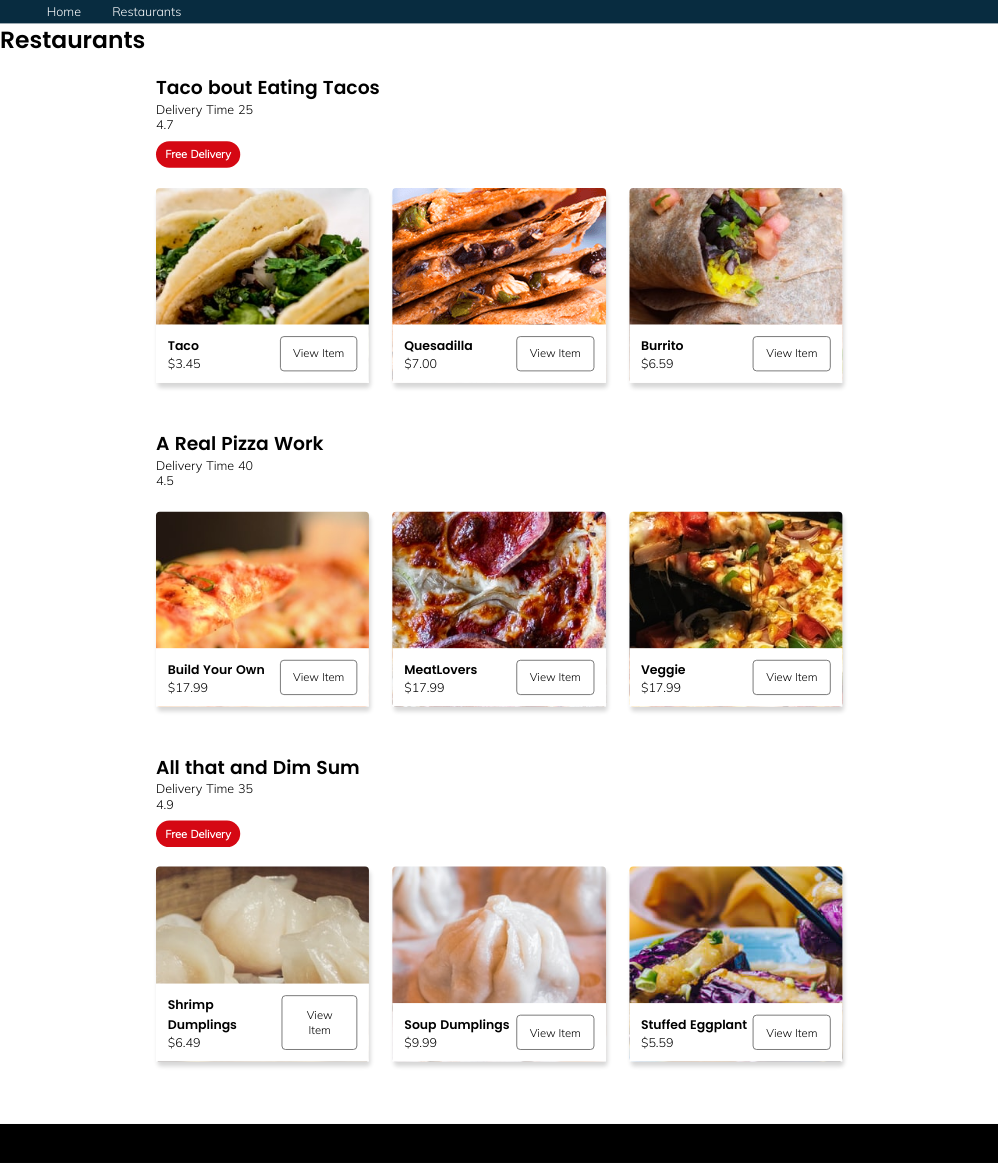
Repository: duckhai80/Supergreen
Page: /restaurants
The author's editor kept a copy of each file at every save. The page is drawn from the files as they stood at one save, then again after the next save.
The browser window is 1280 px wide. The pictures show the whole page, at 78% of full size.
The project was rebuilt for these pictures with package versions that can differ from the ones it lists, and the page was loaded fresh each time. The framework's server and built-in components were replaced by stand-ins that run in the browser. Also part of the build but not shown: nuxt.config.js, components/AppHeader.vue.

Above is the page before, as saved 2021-03-30 18:13:13.

### assets/main.scss
body,
button,
input,
select,
textarea {
  font-family: "Mulish", -apple-system, BlinkMacSystemFont, "Segoe UI", Roboto,
    "Helvetica Neue", Arial, sans-serif;
}

// sticky footer
.content {
  min-height: calc(100vh - 50px);
}

footer {
  height: 50px;
}

// nav

nav {
  padding: 5px 60px;
  background: #082c40;
  color: white;
  position: relative;
  align-items: center;
  display: flex;
  justify-content: space-between;

  a {
    color: white;
    text-decoration: none;
  }

  ul {
    display: flex;
    align-items: center;
    list-style: none;
    padding: 0;

    li {
      padding-right: 40px;
    }
  }
}

// page layout

.row {
  margin: 30px 0 60px;
  width: 100%;
  display: grid;
  grid-template-columns: repeat(3, 1fr);
  grid-template-rows: 1fr;
  grid-column-gap: 30px;
  grid-row-gap: 0px;
}

// buttons

button {
  background: #098191;
  transition: background ease 0.25s;
  border-radius: 5px;
  display: inline-block;
  border: none;
  padding: 0.75rem 1.5rem;
  margin: 0;
  text-decoration: none;
  color: #ffffff;
  font-size: 1.2rem;
  cursor: pointer;
  text-align: center;
  -webkit-appearance: none;
  -moz-appearance: none;
}

button:hover {
  background: #63b6b8;
}

button:focus {
  outline: 1px solid #fff;
  outline-offset: -4px;
}

.ghost {
  font-size: 0.9rem;
  padding: 0.5rem 1rem;
  background: white;
  border: 1px solid #555;
  color: black;
}

.ghost:hover {
  background: #eee;
}

.primary {
  font-size: 0.9rem;
  padding: 0.5rem 1rem;
}

// form elements

input[type="number"] {
  width: 50px;
  margin-right: 10px;
}

.quantity {
  display: flex;
  margin: 20px 0 40px;
}

fieldset {
  margin: 20px 0;
  border: 1px solid #ddd;
}

.label {
  margin: 15px 0;
  line-height: 1.6;

  span {
    font-size: 14px;
    padding: 8px 12px;
    border-radius: 1000px;
    background: #d50813;
    color: white;
    font-weight: bold;
  }
}

select {
  padding: 3px;
}

footer {
  background: black;
  width: 100%;
  padding: 10px 30px;
  color: white;
  text-align: center;

  a,
  a:visited,
  a:active {
    color: #c4c3ec;
    font-weight: bold;
  }
}

// table styles

table {
  border: 1px solid #ccc;
  border-collapse: collapse;
  margin: 40px 0;
  padding: 0;
  width: 100%;
  table-layout: fixed;
  border-radius: 5px;
}

table caption {
  font-size: 1.5em;
  margin: 0.5em 0 0.75em;
}

table tr {
  background-color: #f8f8f8;
  border: 1px solid #ddd;
  padding: 0.35em;
}

table th,
table td {
  padding: 0.625em;
  text-align: center;
}

table th {
  font-size: 0.85em;
  letter-spacing: 0.1em;
  text-transform: uppercase;
}

@media screen and (max-width: 600px) {
  table {
    border: 0;
  }

  table caption {
    font-size: 1.3em;
  }

  table thead {
    border: none;
    clip: rect(0 0 0 0);
    height: 1px;
    margin: -1px;
    overflow: hidden;
    padding: 0;
    position: absolute;
    width: 1px;
  }

  table tr {
    border-bottom: 3px solid #ddd;
    display: block;
    margin-bottom: 0.625em;
  }

  table td {
    border-bottom: 1px solid #ddd;
    display: block;
    font-size: 0.8em;
    text-align: right;
  }

  table td::before {
    /*
    * aria-label has no advantage, it won't be read inside a table
    content: attr(aria-label);
    */
    content: attr(data-label);
    float: left;
    font-weight: bold;
    text-transform: uppercase;
  }

  table td:last-child {
    border-bottom: 0;
  }
}

// comma separated lists

.comma:not(:first-child) {
  margin-left: -0.15rem;
}

.comma:empty {
  display: none;
}

.comma:not(:first-child):before {
  content: ", ";
  margin: 0.15rem;
}

// numerical styles

.smallnum {
  position: absolute;
  border-radius: 1000px;
  background: white;
  color: black;
  top: 9px;
  right: 33px;
  width: 25px;
  display: flex;
  text-align: center;
  justify-content: center;
  align-items: center;
  height: 25px;
  font-size: 10px;
  padding: 6px 10px;
  font-weight: bold;
}

// toast

.toast {
  background: #a8060e;
  color: white;
  border-radius: 3px;
  padding: 12px 24px;
  position: absolute;
  top: 0;
  right: 0;
  text-align: center;

  a {
    color: white;
    font-weight: bold;
    text-decoration: none;
  }
}

/* Page-specific styles */

.restaurant {
  .restaurantheading {
    margin: 100px 0 20px 200px;
    display: flex;
    align-items: center;
  }

  h1 {
    font-size: 30px;
    margin-right: 40px;
  }

  .filter {
    padding-right: 200px;
  }
}

// restaurant info

section.restaurantinfo {
  padding: 20px 200px;

  .items {
    height: 250px;
    border-radius: 5px;
    background-size: cover;
    position: relative;
    box-shadow: 2px 6px 6px 0 rgb(215, 215, 215);
  }

  .iteminfo {
    background: white;
    width: 100%;
    padding: 15px;
    position: absolute;
    bottom: 0;
    display: flex;
    justify-content: space-between;
  }
}

//cart page

.cart.container {
  padding: 100px;
  max-width: 1000px;
  margin: 0 auto;

  h2 {
    text-align: center;
  }

  .total {
    font-weight: bold;
  }

  .emptycart {
    text-align: center;
    line-height: 2;
  }
}

### components/AppMenu.vue
<template>
  <nav>
    <ul>
      <li><nuxt-link exact="" to="/">Home</nuxt-link></li>
      <li><nuxt-link to="/restaurants">Restaurants</nuxt-link></li>
    </ul>
  </nav>
</template>

<script>
  export default {

  }
</script>

<style lang="scss" scoped>

</style>

### components/AppRestaurantInfo.vue
<template>
  <section class="restaurantinfo">
    <div v-for="store in fooddata" :key="store.id">
      <h2>{{ store.name }}</h2>
      <p>Delivery Time {{ store.deliveryTime }}</p>
      <p>{{ store.rating }}</p>
      <p v-if="store.freeDelivery" class="label">
        <span>Free Delivery</span>
      </p>

      <div class="row">
        <div
          v-for="menuitem in store.menu"
          :key="menuitem.id"
          class="items"
          :style="`background: url(${menuitem.img}) no-repeat center center`"
        >
          <div class="iteminfo">
            <div>
              <h4>{{ menuitem.item }}</h4>
              <p>{{ priceFormatting(menuitem.price) }}</p>
            </div>
            <button class="ghost">View Item</button>
          </div>
        </div>
      </div>
    </div>
  </section>
</template>

<script>
import { mapState } from "vuex";

export default {
  computed: {
    ...mapState(["fooddata"])
  },
  methods: {
    priceFormatting(item) {
      return '$' + item.toFixed(2);
    }
  }
};
</script>

<style lang="scss" scoped></style>

### layouts/default.vue
<template>
  <div>
    <div class="content">
      <AppMenu />
      <Nuxt />
    </div>
    <Footer />
  </div>
</template>

<script>
import AppMenu from "@/components/AppMenu.vue";
import AppFooter from "@/components/AppFooter.vue";

export default {
  components: {
    AppMenu,
    AppFooter
  }
};
</script>

<style>
html {
  font-family: "Mulish", -apple-system, BlinkMacSystemFont, "Segoe UI", Roboto,
    "Helvetica Neue", Arial, sans-serif;
  font-weight: 300;
  font-size: 16px;
  word-spacing: 1px;
  -ms-text-size-adjust: 100%;
  -webkit-text-size-adjust: 100%;
  -moz-osx-font-smoothing: grayscale;
  -webkit-font-smoothing: antialiased;
  box-sizing: border-box;
}

*,
*::before,
*::after {
  box-sizing: border-box;
  margin: 0;
}

h1,
h2,
h3,
h4 {
  font-family: "Poppins", -apple-system, BlinkMacSystemFont, "Segoe UI", Roboto,
    "Helvetica Neue", Arial, sans-serif;
  font-weight: 600;
}
</style>

### store/index.js
export const state = () => ({
  fooddata: [{
    name: "Taco bout Eating Tacos",
    deliveryTime: 25,
    meal: ["lunch", "dinner"],
    rating: 4.7,
    freeDelivery: true,
    id: "f71400ed-26b1-43d0-940c-7cabd3546dc6",
    menu: [{
        item: "Taco",
        img: "taco-taco.jpg",
        price: 3.45,
        id: "e85dbacc-f721-44e6-af8c-eda2835e2e50",
        options: ["Al Pastor", "Carnitas", "Lengua", "Carne Asada", "Pollo"],
        addOns: ["none", "sour cream", "avocado", "pico de gallo", "queso"],
        description: "Soft tortilla, your choice of meat, onions, cilantro & salsa"
      },
      {
        item: "Quesadilla",
        img: "taco-quesadilla.png",
        price: 7.0,
        id: "e956a779-941f-41ef-874e-d5f6a6c6e0cb",
        options: ["Plain", "Carne Asada", "Pollo"],
        addOns: ["none", "sour cream", "guacamole", "pico de gallo"],
        description: "Flour tortilla, melted cheese & optional meat choice"
      },
      {
        item: "Burrito",
        img: "taco-burrito.jpg",
        price: 6.59,
        id: "ecd7c207-acd7-4b58-8685-894ba622949e",
        options: ["Al Pastor", "Carnitas", "Lengua", "Carne Asada", "Pollo"],
        addOns: ["none", "sour cream", "avocado", "pico de gallo", "queso"],
        description: "Any meat, rice, beans, onions, cilantro & salsa"
      }
    ]
  },
  {
    name: "A Real Pizza Work",
    deliveryTime: 40,
    meal: ["lunch", "dinner"],
    rating: 4.5,
    freeDelivery: false,
    id: "e1e569e5-7b75-42cf-8fc3-7638d6c940f8",
    menu: [{
        item: "Build Your Own",
        img: "pizza-plain.jpg",
        addOns: [
          "None",
          "Sausage",
          "Pepperoni",
          "Tomatoes",
          "Mushrooms",
          "Onion",
          "Green Pepper",
          "Extra Cheese"
        ],
        price: 17.99,
        id: "7644eba9-d6a8-466f-bd49-781bc005cfe5",
        description: "Design your own pizza"
      },
      {
        item: "MeatLovers",
        img: "pizza-meat.jpg",
        price: 17.99,
        addOns: [
          "None",
          "Sausage",
          "Pepperoni",
          "Tomatoes",
          "Mushrooms",
          "Onion",
          "Green Pepper",
          "Extra Cheese"
        ],
        id: "70ceec44-3ccb-4f92-b149-0ebe2c10704b",
        description: "A Carnivore’s delight. Pepperoni, Sausage, Salami & Canadian Bacon."
      },
      {
        item: "Veggie",
        img: "pizza-veggie.jpg",
        price: 17.99,
        addOns: [
          "None",
          "Sausage",
          "Pepperoni",
          "Tomatoes",
          "Mushrooms",
          "Onion",
          "Green Pepper",
          "Extra Cheese"
        ],
        id: "b27f4d8e-7235-42f9-b0a7-98e76a1afaf0",
        description: "Tomatoes, Olives, Garlic, Onions, Mushrooms & Bells."
      }
    ]
  },
  {
    name: "All that and Dim Sum",
    deliveryTime: 35,
    meal: ["breakfast", "lunch", "dinner"],
    rating: 4.9,
    freeDelivery: true,
    id: "1f9500d2-fd27-422e-acc6-48198d0de5c2",
    menu: [{
        item: "Shrimp Dumplings",
        img: "dimsum-shrimp.jpg",
        price: 6.49,
        addOns: [
          "None",
          "Steamed Sesame Ball",
          "Mango Pudding",
          "Sweet Tofu"
        ],
        id: "22672b93-2c65-4fd9-b151-683f7eb7df4a",
        description: "Whole shrimp in a translucent wrapper."
      },
      {
        item: "Soup Dumplings",
        img: "dimsum-soup.jpg",
        price: 9.99,
        addOns: [
          "None",
          "Steamed Sesame Ball",
          "Mango Pudding",
          "Sweet Tofu"
        ],
        id: "3a6da02c-2354-4eb8-af07-f9f2d26fa7c2",
        description: "Dumplings filled with pork, crab meat and broth."
      },
      {
        item: "Stuffed Eggplant",
        img: "dimsum-eggplant.jpg",
        price: 5.59,
        addOns: [
          "None",
          "Steamed Sesame Ball",
          "Mango Pudding",
          "Sweet Tofu"
        ],
        id: "cadd2903-b9cb-4053-9720-c096cc95e8a5",
        description: "Chinese eggplant filled with ground shrimp in sauce"
      }
    ]
  }
]
})

// export const getters = {
//   getterValue: state => {
//     return state.value
//   }
// }

// export const mutations = {
//   updateValue: (state, payload) => {
//     state.value = payload
//   }
// }

// export const actions = {
//   updateActionValue({ commit }) {
//     commit('updateValue', payload)
//   }
// }

### pages/restaurants.vue
<template>
  <div class="container restaurant">
    <h1>Restaurants</h1>
    <AppRestaurantInfo />
  </div>
</template>

<script>
export default {};
</script>

<style lang="scss" scoped></style>

### components/AppFooter.vue
<template>
  <footer>
    <p>Copyright information goes here.</p>
  </footer>
</template>

<script>
export default {};
</script>

<style lang="scss" scoped></style>

After the next save:
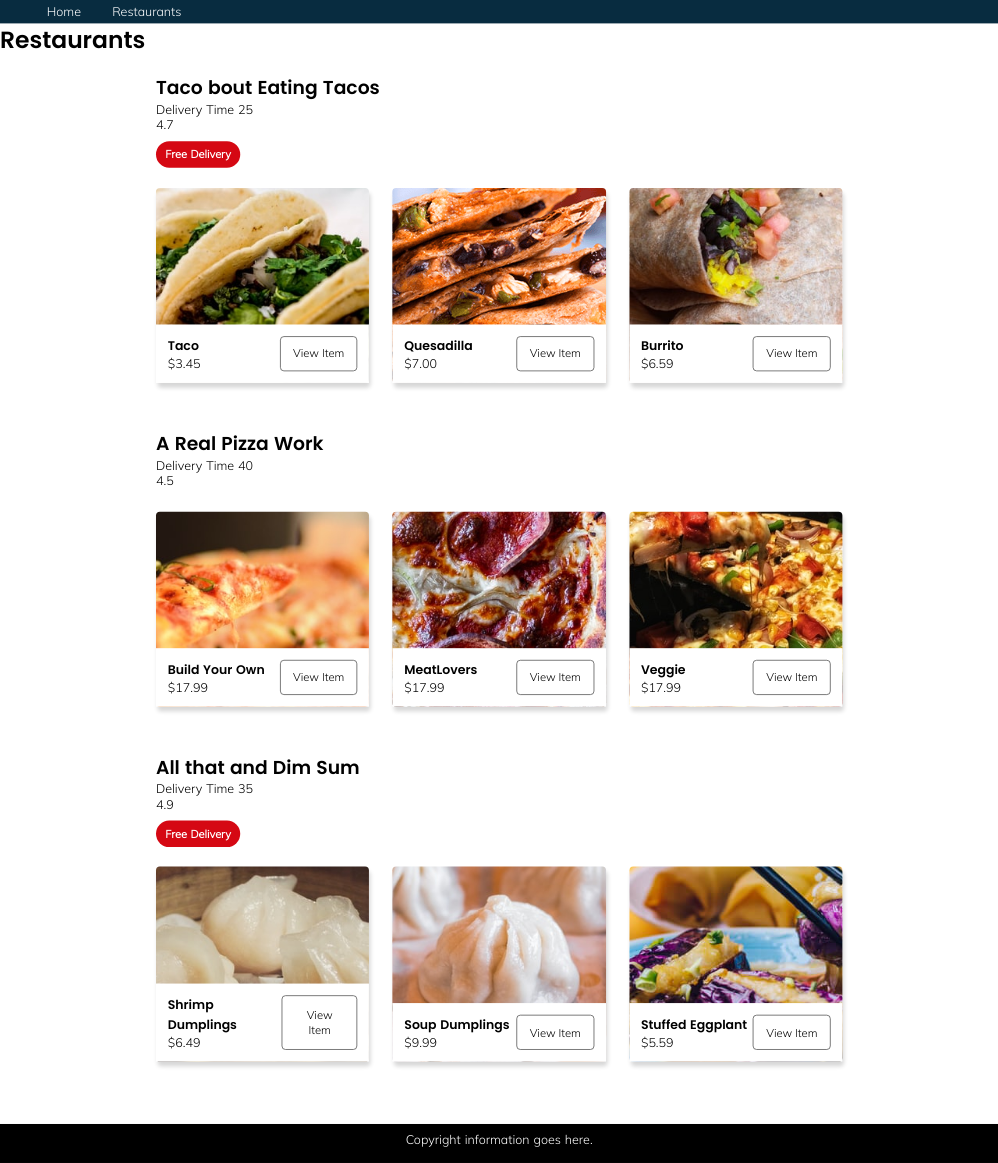
Saved 36 s later.
--- a/layouts/default.vue
+++ b/layouts/default.vue
@@ -4,7 +4,7 @@
       <AppMenu />
       <Nuxt />
     </div>
-    <Footer />
+    <AppFooter />
   </div>
 </template>
 
